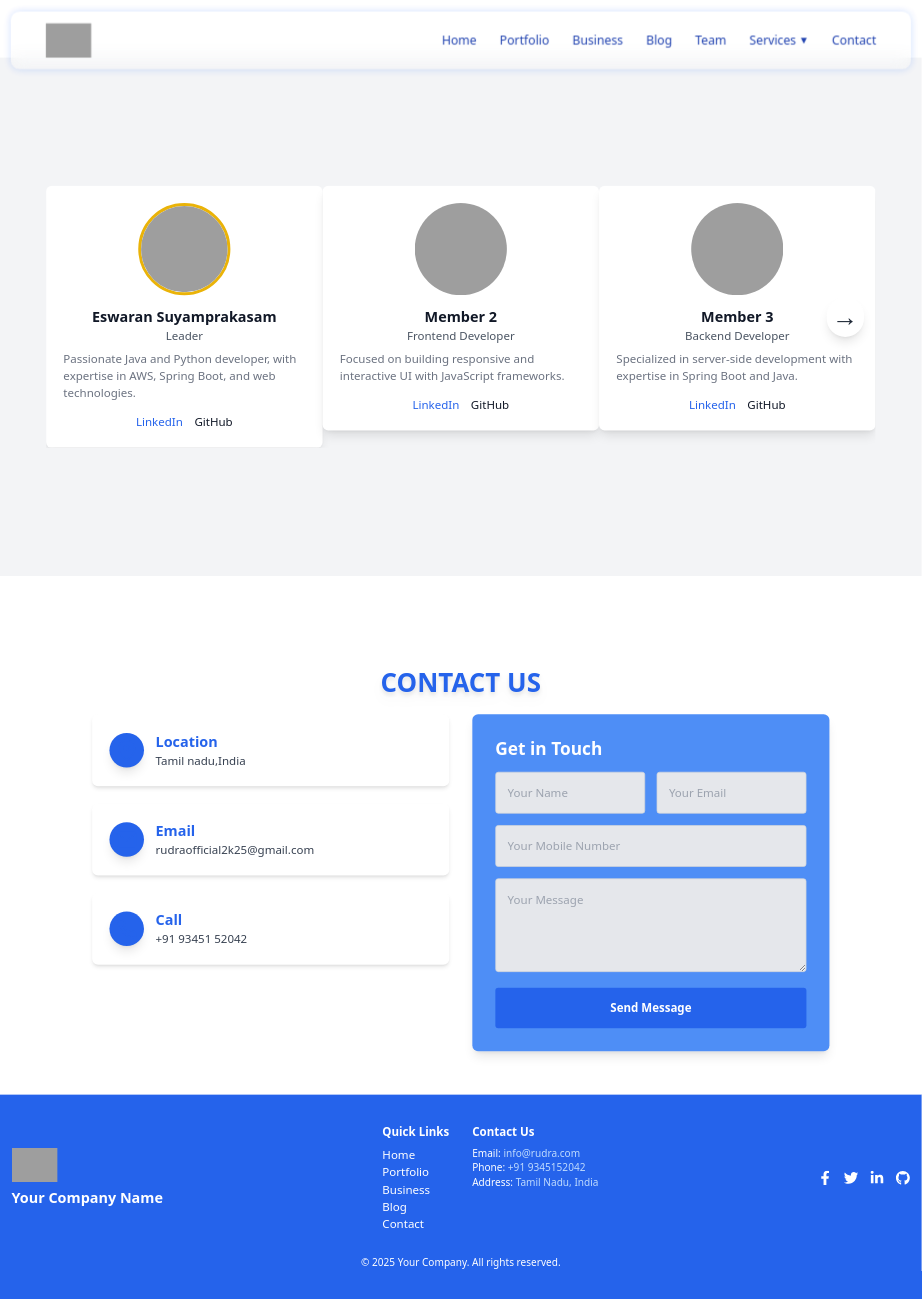
Repository: Rudra-Eswaran/Rudra_Official
Page: /
An editor plug-in stored every save of this project. The page is shown before and after the next save, followed by the edit.
The browser window is 1280 px wide. The pictures show the whole page, at 72% of full size.
Pictures or frames that could not be fetched are drawn as grey boxes. Some web libraries are served in a nearby version. The project was rebuilt for these pictures with package versions that can differ from the ones it lists, and the page was loaded fresh each time. Also part of the build but not shown: vite.config.js.

Above is the page before, as saved 2025-04-16 16:32:04.

### index.html
<!doctype html>
<html lang="en">
  <head>
    <meta charset="UTF-8" />
    <link rel="icon" type="image/svg+xml" href="/vite.svg" />
    <meta name="viewport" content="width=device-width, initial-scale=1.0" />
    <title>Rudra Loading</title>
    <!-- Tailwind CSS CDN -->
<script src="https://cdn.tailwindcss.com"></script>

  </head>
  <body>
    <div id="root"></div>
    <script type="module" src="/src/main.jsx"></script>
  </body>
</html>

### src/App.jsx
import Navbar from "./components/Navbar";
import Footer from "./pages/Footer";
import Contact from "./pages/Contactus";
import Rudrans from "./pages/Rudrans";

export default function App() {
  return (
    <>
      <Navbar />

      {/* Add a top margin to push content below the navbar */}
      <div className="mt-[80px]"> {/* Adjust this value based on your navbar height */}
        <Rudrans />
        <Contact />
      </div>

      {/* Footer will be at the bottom */}
      <Footer />
    </>
  );
}

### src/components/Navbar.jsx
import { useState, useEffect } from "react";
import { Link } from "react-router-dom";

const Navbar = () => {
  const [isDropdownOpen, setIsDropdownOpen] = useState(false);
  const [scrolled, setScrolled] = useState(false);

  useEffect(() => {
    const handleScroll = () => {
      setScrolled(window.scrollY > 10);
    };
    window.addEventListener("scroll", handleScroll);
    return () => window.removeEventListener("scroll", handleScroll);
  }, []);

  return (
    <nav
      className={`fixed top-4 left-[15px] right-[15px] z-50 p-4 rounded-xl backdrop-blur-md transition-all duration-300 ease-in-out
        ${scrolled ? "shadow-[0_0_20px_rgba(0,102,255,0.4)]" : "shadow-[0_0_12px_rgba(0,102,255,0.2)]"}`}
    >
      <div className="flex justify-between items-center px-4 md:px-8 bg-transparent">
        {/* Logo */}
        <div className="flex items-center space-x-2">
          <img
            src="path_to_your_logo.gif"
            alt="Logo"
            className="h-12 w-auto transition-transform transform hover:scale-110"
          />
        </div>

        {/* Desktop Menu */}
        <ul className="hidden md:flex space-x-8 text-[17px] font-medium text-blue-800">
          <li>
            <Link to="/" className="hover:text-blue-400 hover:scale-105 transition-all">
              Home
            </Link>
          </li>
          <li>
            <Link to="/portfolio" className="hover:text-blue-400 hover:scale-105 transition-all">
              Portfolio
            </Link>
          </li>
          <li>
            <Link to="/business" className="hover:text-blue-400 hover:scale-105 transition-all">
              Business
            </Link>
          </li>
          <li>
            <Link to="/blog" className="hover:text-blue-400 hover:scale-105 transition-all">
              Blog
            </Link>
          </li>
          <li>
            <Link to="/team" className="hover:text-blue-400 hover:scale-105 transition-all">
              Team
            </Link>
          </li>

          {/* Services Dropdown */}
          <li className="relative">
            <button
              onClick={() => setIsDropdownOpen(!isDropdownOpen)}
              className="flex items-center hover:text-blue-400 hover:scale-105 transition-all"
            >
              Services <span className="ml-1 text-sm">{isDropdownOpen ? "▲" : "▼"}</span>
            </button>
            {isDropdownOpen && (
              <ul className="absolute left-0 mt-2 bg-white border border-blue-200 shadow-xl rounded-md py-2 w-44 animate-fadeIn space-y-2 text-blue-800 z-50">
                <li>
                  <Link
                    to="/products"
                    className="block px-4 py-2 hover:bg-blue-50 hover:text-blue-500 transition-all"
                    onClick={() => setIsDropdownOpen(false)}
                  >
                    Products
                  </Link>
                </li>
                <li>
                  <Link
                    to="/services"
                    className="block px-4 py-2 hover:bg-blue-50 hover:text-blue-500 transition-all"
                    onClick={() => setIsDropdownOpen(false)}
                  >
                    Services
                  </Link>
                </li>
                <li>
                  <Link
                    to="/edtech"
                    className="block px-4 py-2 hover:bg-blue-50 hover:text-blue-500 transition-all"
                    onClick={() => setIsDropdownOpen(false)}
                  >
                    Edtech
                  </Link>
                </li>
              </ul>
            )}
          </li>

          <li>
            <Link to="/contact" className="hover:text-blue-400 hover:scale-105 transition-all">
              Contact
            </Link>
          </li>
        </ul>
      </div>
    </nav>
  );
};

export default Navbar;

### src/pages/Footer.jsx
import React from "react";
import { Link } from "react-router-dom";
import { FaFacebookF, FaTwitter, FaLinkedinIn, FaGithub } from "react-icons/fa"; // Social Media Icons

const Footer = () => {
  return (
    <footer className="bg-blue-600 text-white py-10">
      <div className="container mx-auto px-4">
        <div className="flex flex-col md:flex-row justify-between items-center">
          {/* Logo */}
          <div className="text-center md:text-left mb-6 md:mb-0">
            <img src="path_to_your_logo.gif" alt="Logo" className="h-12 w-auto" />
            <p className="text-xl font-semibold mt-2">Your Company Name</p>
          </div>

          {/* Links */}
          <div className="flex flex-col md:flex-row space-y-4 md:space-y-0 md:space-x-8 text-center md:text-left">
            <div>
              <h4 className="font-bold mb-2">Quick Links</h4>
              <ul>
                <li>
                  <Link to="/" className="hover:text-blue-200">Home</Link>
                </li>
                <li>
                  <Link to="/portfolio" className="hover:text-blue-200">Portfolio</Link>
                </li>
                <li>
                  <Link to="/business" className="hover:text-blue-200">Business</Link>
                </li>
                <li>
                  <Link to="/blog" className="hover:text-blue-200">Blog</Link>
                </li>
                <li>
                  <Link to="/contact" className="hover:text-blue-200">Contact</Link>
                </li>
              </ul>
            </div>

            {/* Contact */}
            <div>
              <h4 className="font-bold mb-2">Contact Us</h4>
              <ul>
                <li>
                  <p className="text-sm">Email: <span className="text-blue-200">info@rudra.com</span></p>
                </li>
                <li>
                  <p className="text-sm">Phone: <span className="text-blue-200">+91 9345152042</span></p>
                </li>
                <li>
                  <p className="text-sm">Address: <span className="text-blue-200">Tamil Nadu, India</span></p>
                </li>
              </ul>
            </div>
          </div>

          {/* Social Media Icons */}
          <div className="mt-6 md:mt-0 flex space-x-4 justify-center">
            <a href="https://facebook.com" target="_blank" rel="noopener noreferrer" className="text-white hover:text-blue-200">
              <FaFacebookF size={20} />
            </a>
            <a href="https://twitter.com" target="_blank" rel="noopener noreferrer" className="text-white hover:text-blue-200">
              <FaTwitter size={20} />
            </a>
            <a href="https://linkedin.com" target="_blank" rel="noopener noreferrer" className="text-white hover:text-blue-200">
              <FaLinkedinIn size={20} />
            </a>
            <a href="https://github.com" target="_blank" rel="noopener noreferrer" className="text-white hover:text-blue-200">
              <FaGithub size={20} />
            </a>
          </div>
        </div>

        {/* Bottom Section */}
        <div className="text-center mt-8">
          <p className="text-sm">&copy; {new Date().getFullYear()} Your Company. All rights reserved.</p>
        </div>
      </div>
    </footer>
  );
};

export default Footer;

### src/pages/Rudrans.jsx
import React, { useState } from "react";
import teamData from "../teamData.json"; // Assuming teamData.json is in the same folder

const Rudrans = () => {
  const [currentIndex, setCurrentIndex] = useState(0);

  const handlePrev = () => {
    setCurrentIndex((prevIndex) => (prevIndex > 0 ? prevIndex - 1 : teamData.length - 1));
  };

  const handleNext = () => {
    setCurrentIndex((prevIndex) => (prevIndex < teamData.length - 1 ? prevIndex + 1 : 0));
  };

  return (
    <section id="team" className="py-20 bg-gray-100 min-h-screen flex items-center justify-center">
      <div className="relative max-w-6xl mx-auto flex justify-center items-center">
        {/* Left Navigation Arrow */}
        <button
          onClick={handlePrev}
          className="absolute left-4 text-4xl text-gray-800 bg-white p-2 rounded-full shadow-lg hover:bg-gray-200 transition"
        >
          &#8592;
        </button>

        {/* Team Member Section */}
        <div className="overflow-hidden w-full h-full">
          <div className="flex transition-transform duration-500" style={{ transform: `translateX(-${currentIndex * 100}%)` }}>
            {teamData.map((member, index) => (
              <div key={index} className="w-full h-full flex flex-col items-center justify-center bg-white p-6 rounded-lg shadow-lg hover:shadow-xl transition-shadow duration-300">
                <img
                  src={member.photo}
                  alt={member.name}
                  className={`w-32 h-32 rounded-full mb-4 object-cover ${member.role === "Leader" ? "border-4 border-yellow-500" : ""}`}
                />
                <h3 className="text-xl font-bold text-gray-900">{member.name}</h3>
                <p className="text-gray-600 mb-2">{member.role}</p>
                <p className="text-gray-500 mb-4">{member.bio}</p>

                <div className="flex justify-center space-x-4">
                  <a
                    href={member.linkedin}
                    target="_blank"
                    rel="noopener noreferrer"
                    className="text-blue-600 hover:text-blue-800"
                  >
                    LinkedIn
                  </a>
                  <a
                    href={member.github}
                    target="_blank"
                    rel="noopener noreferrer"
                    className="text-gray-900 hover:text-black"
                  >
                    GitHub
                  </a>
                </div>
              </div>
            ))}
          </div>
        </div>

        {/* Right Navigation Arrow */}
        <button
          onClick={handleNext}
          className="absolute right-4 text-4xl text-gray-800 bg-white p-2 rounded-full shadow-lg hover:bg-gray-200 transition"
        >
          &#8594;
        </button>
      </div>
    </section>
  );
};

export default Rudrans;

### src/Constants.jsx
// constants.js
export const CONTACT_INFO = {
    location: {
      title: "Location",
      text: "Tamil nadu,India",
      icon: "FiMapPin",
    },
    email: {
      title: "Email",
      text: "rudraofficial2k25@gmail.com",
      icon: "FiMail",
    },
    phone: {
      title: "Call",
      text: "+91 93451 52042",
      icon: "FiPhone",
    },
  };

  export const MODAL_MESSAGES = {
    success: {
      title: "Success!",
      message: "Your message has been sent. We'll get back to you soon.",
    },
    error: {
      title: "Error",
      message: "Something went wrong. Please try again later.",
    },
  };

  export const FORM_FIELDS = {
    name: "Your Name",
    email: "Your Email",
    phone: "Your Mobile Number",
    message: "Your Message",
  };

  export const BUTTON_LABELS = {
    send: "Send Message",
    sending: "Sending...",
  };

Loaded but not shown: src/main.jsx (common file); src/teamData.json (26 lines, source omitted); src/pages/Contactus.jsx (192 lines, source omitted)

After the next save:
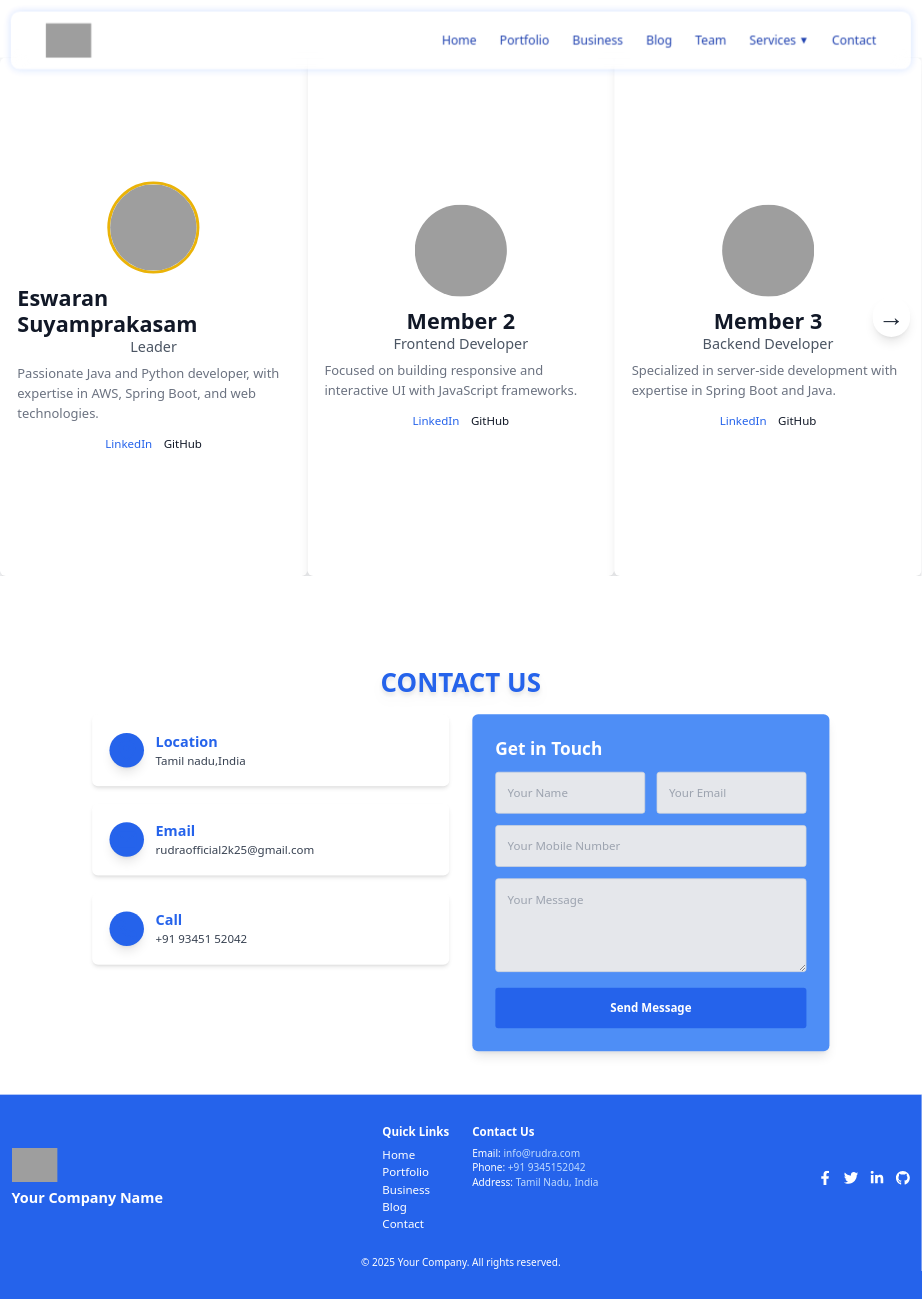
Saved 2 min 22 s later.
--- a/src/pages/Rudrans.jsx
+++ b/src/pages/Rudrans.jsx
@@ -13,61 +13,68 @@ const Rudrans = () => {
   };
 
   return (
-    <section id="team" className="py-20 bg-gray-100 min-h-screen flex items-center justify-center">
-      <div className="relative max-w-6xl mx-auto flex justify-center items-center">
-        {/* Left Navigation Arrow */}
-        <button
-          onClick={handlePrev}
-          className="absolute left-4 text-4xl text-gray-800 bg-white p-2 rounded-full shadow-lg hover:bg-gray-200 transition"
+    <section
+      id="team"
+      className="relative min-h-screen flex items-center justify-center bg-gray-100"
+    >
+      {/* Left Navigation Arrow */}
+      <button
+        onClick={handlePrev}
+        className="absolute left-4 text-4xl text-gray-800 bg-white p-2 rounded-full shadow-lg hover:bg-gray-200 transition"
+      >
+        &#8592;
+      </button>
+
+      {/* Team Member Slides */}
+      <div className="overflow-hidden w-full h-full">
+        <div
+          className="flex transition-transform duration-500"
+          style={{ transform: `translateX(-${currentIndex * 100}vw)` }}
         >
-          &#8592;
-        </button>
+          {teamData.map((member, index) => (
+            <div
+              key={index}
+              className="w-screen h-screen flex flex-col items-center justify-center bg-white p-6 rounded-lg shadow-lg hover:shadow-xl transition-shadow duration-300"
+            >
+              <img
+                src={member.photo}
+                alt={member.name}
+                className={`w-32 h-32 rounded-full mb-4 object-cover ${member.role === "Leader" ? "border-4 border-yellow-500" : ""}`}
+              />
+              <h3 className="text-3xl font-bold text-gray-900">{member.name}</h3>
+              <p className="text-xl text-gray-600 mb-2">{member.role}</p>
+              <p className="text-lg text-gray-500 mb-4">{member.bio}</p>
 
-        {/* Team Member Section */}
-        <div className="overflow-hidden w-full h-full">
-          <div className="flex transition-transform duration-500" style={{ transform: `translateX(-${currentIndex * 100}%)` }}>
-            {teamData.map((member, index) => (
-              <div key={index} className="w-full h-full flex flex-col items-center justify-center bg-white p-6 rounded-lg shadow-lg hover:shadow-xl transition-shadow duration-300">
-                <img
-                  src={member.photo}
-                  alt={member.name}
-                  className={`w-32 h-32 rounded-full mb-4 object-cover ${member.role === "Leader" ? "border-4 border-yellow-500" : ""}`}
-                />
-                <h3 className="text-xl font-bold text-gray-900">{member.name}</h3>
-                <p className="text-gray-600 mb-2">{member.role}</p>
-                <p className="text-gray-500 mb-4">{member.bio}</p>
+              <div className="flex justify-center space-x-4">
+                <a
+                  href={member.linkedin}
+                  target="_blank"
+                  rel="noopener noreferrer"
+                  className="text-blue-600 hover:text-blue-800"
+                >
+                  LinkedIn
+                </a>
+                <a
+                  href={member.github}
+                  target="_blank"
+                  rel="noopener noreferrer"
+                  className="text-gray-900 hover:text-black"
+                >
+                  GitHub
+                </a>
+              </div>
+            </div>
+          ))}
+        </div>
+      </div>
 
-                <div className="flex justify-center space-x-4">
-                  <a
-                    href={member.linkedin}
-                    target="_blank"
-                    rel="noopener noreferrer"
-                    className="text-blue-600 hover:text-blue-800"
-                  >
-                    LinkedIn
-                  </a>
-                  <a
-                    href={member.github}
-                    target="_blank"
-                    rel="noopener noreferrer"
-                    className="text-gray-900 hover:text-black"
-                  >
-                    GitHub
-                  </a>
-                </div>
-              </div>
-            ))}
-          </div>
-        </div>
-
-        {/* Right Navigation Arrow */}
-        <button
-          onClick={handleNext}
-          className="absolute right-4 text-4xl text-gray-800 bg-white p-2 rounded-full shadow-lg hover:bg-gray-200 transition"
-        >
-          &#8594;
-        </button>
-      </div>
+      {/* Right Navigation Arrow */}
+      <button
+        onClick={handleNext}
+        className="absolute right-4 text-4xl text-gray-800 bg-white p-2 rounded-full shadow-lg hover:bg-gray-200 transition"
+      >
+        &#8594;
+      </button>
     </section>
   );
 };
